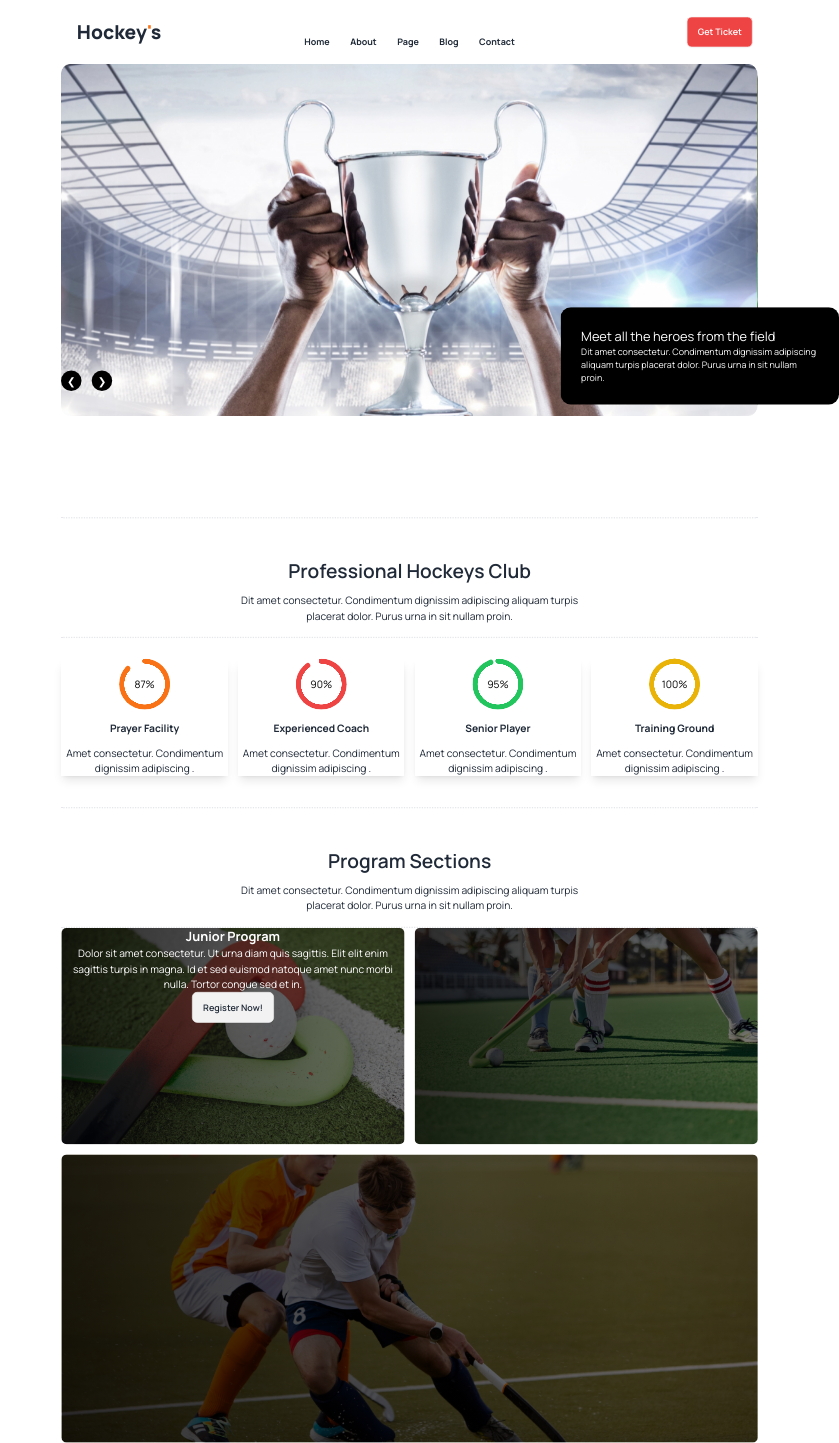
Repository: RudrasahaDibos/Hockey-
Page: index.html
The author's editor kept a copy of each file at every save. The page is drawn from the files as they stood at one save, then again after the next save.
The browser window is 1280 px wide. The page is 1311 px wide, so the pictures cover 1311 px, including what lies to the right of the window. The pictures show the whole page, at 64% of full size.
Some web libraries are served in a nearby version.

Above is the page before, as saved 2024-10-23 22:35:59.

### index.html
<!DOCTYPE html>
<html lang="en">
<head>
    <meta charset="UTF-8">
    <meta name="viewport" content="width=device-width, initial-scale=1.0">
    <title>Hockeys</title>
    <!-- Tailwinds css -->
    <link href="https://cdn.jsdelivr.net/npm/daisyui@4.12.13/dist/full.min.css" rel="stylesheet" type="text/css" />
    <script src="https://cdn.tailwindcss.com"></script>
    <!-- Font asome -->
    <link rel="stylesheet" href="https://cdnjs.cloudflare.com/ajax/libs/font-awesome/6.6.0/css/all.min.css" integrity="sha512-Kc323vGBEqzTmouAECnVceyQqyqdsSiqLQISBL29aUW4U/M7pSPA/gEUZQqv1cwx4OnYxTxve5UMg5GT6L4JJg==" crossorigin="anonymous" referrerpolicy="no-referrer" />
   <!-- tailwind custom css -->
   <script>
    tailwind.config = {
      theme: {
        extend: {
          colors: {
            clifford: '#da373d',
          }
        }
      }
    }
  </script>
  <!-- google Font  -->
  <link rel="preconnect" href="https://fonts.googleapis.com">
  <link rel="preconnect" href="https://fonts.gstatic.com" crossorigin>
  <link href="https://fonts.googleapis.com/css2?family=Manrope:wght@200..800&display=swap" rel="stylesheet">

  <style>
.manrope {
  font-family: "Manrope", serif;
}
  </style>

</head>
<body class="manrope">
    <!-- header section start here -->
       <header class="container mx-auto lg:px-24 px-8">
                 <!-- navber start here -->
                     <nav>
                        <div class="navbar bg-base-100">
                            <div class="navbar-start">
                              <div class="dropdown">
                                <div tabindex="0" role="button" class="  lg:hidden">
                                  <svg
                                    xmlns="http://www.w3.org/2000/svg"
                                    class="h-5 w-5"
                                    fill="none"
                                    viewBox="0 0 24 24"
                                    stroke="currentColor">
                                    <path
                                      stroke-linecap="round"
                                      stroke-linejoin="round"
                                      stroke-width="2"
                                      d="M4 6h16M4 12h8m-8 6h16" />
                                  </svg>
                                </div>
                                <ul
                                  tabindex="0"
                                  class="menu menu-sm dropdown-content bg-base-100 rounded-box z-[1] mt-3 w-52 p-2 shadow">

                                    <li><a>Home</a></li>
                                    <li><a>About</a></li>
                                    <li><a>Page</a></li>
                                    <li><a>Blog</a></li>
                                    <li><a>Contact</a></li>

                                </ul>
                              </div>

                              <a class=" ml-4  text-2xl lg:text-3xl font-extrabold ">Hockey<span class="text-orange-500">'</span>s</a>

                            </div>
                            <div class="navbar-center hidden lg:flex">
                              <ul class="menu menu-horizontal px-1 mt-8">
                                <li class="hover:text-orange-500 font-bold"><a>Home</a></li>
                                <li  class="hover:text-orange-500 font-bold"><a>About</a></li>
                                <li  class="hover:text-orange-500 font-bold"><a>Page</a></li>
                                <li  class="hover:text-orange-500 font-bold"><a>Blog</a></li>
                                <li  class="hover:text-orange-500 font-bold"><a>Contact</a></li>
                              </ul>
                            </div>
                            <div class="navbar-end  lg:ml-0 ml-20">

                              <a class="btn bg-red-500 text-white  ">Get Ticket</a>
                            </div>
                          </div>
                     </nav>
                 <!-- navber end here -->

                  <!-- banner start here -->
                     <div>
                      <div class="carousel w-full">
                        <div id="slide1" class="carousel-item relative w-full ">
                          <img
                            src="Images/1.png"
                            class="w-full lg:h-[550px] " />
                          <div class="absolute lg:left-0 lg:right-0 lg:top-[90%] left-[90px] top-[80%] flex -translate-y-1/2 transform gap-4">
                            <div class=" h-8 w-8 rounded-full bg-black text-white flex justify-center items-center ">
                              <a href="#slide4" class="lg:btn lg:btn-circle">❮</a>
                            </div>
                            <div class="h-8 w-8 rounded-full bg-black text-white flex justify-center items-center">
                              <a href="#slide2" class="lg:btn lg:btn-circle ">❯</a>
                            </div>
                          </div>
                        </div>
                        <div id="slide2" class="carousel-item relative w-full">
                          <img
                            src="Images/2.png"
                            class="w-full lg:h-[550px]" />
                            <div class="absolute lg:left-0 lg:right-0 lg:top-[90%] left-[90px] top-[80%] flex -translate-y-1/2 transform gap-4">
                              <div class=" h-8 w-8 rounded-full bg-black text-white flex justify-center items-center ">
                                <a href="#slide1" class="lg:btn lg:btn-circle">❮</a>
                              </div>
                              <div class="h-8 w-8 rounded-full bg-black text-white flex justify-center items-center">
                                <a href="#slide3" class="lg:btn lg:btn-circle ">❯</a>
                              </div>
                            </div>
                        </div>
                        <div id="slide3" class="carousel-item relative w-full">
                          <img
                            src="Images/3.png"
                            class="w-full lg:h-[550px]" />
                            <div class="absolute lg:left-0 lg:right-0 lg:top-[90%] left-[90px] top-[80%] flex -translate-y-1/2 transform gap-4">
                              <div class=" h-8 w-8 rounded-full bg-black text-white flex justify-center items-center ">
                                <a href="#slide2" class="lg:btn lg:btn-circle">❮</a>
                              </div>
                              <div class="h-8 w-8 rounded-full bg-black text-white flex justify-center items-center">
                                <a href="#slide4" class="lg:btn lg:btn-circle ">❯</a>
                              </div>
                            </div>
                        </div>
                        <div id="slide4" class="carousel-item relative w-full">
                          <img
                            src="Images/4.png"
                            class="w-full lg:h-[550px]" />
                            <div class="absolute lg:left-0 lg:right-0 lg:top-[90%] left-[90px] top-[80%] flex -translate-y-1/2 transform gap-4">
                              <div class=" h-8 w-8 rounded-full bg-black text-white flex justify-center items-center ">
                                <a href="#slide3" class="lg:btn lg:btn-circle">❮</a>
                              </div>
                              <div class="h-8 w-8 rounded-full bg-black text-white flex justify-center items-center">
                                <a href="#slide1" class="lg:btn lg:btn-circle ">❯</a>
                              </div>
                            </div>
                        </div>
                      </div>

                        <!-- meet all hero  -->
                        <div class=" card bg-black  p-2 lg:p-8  lg:w-2/5 lg:-translate-y-44 lg:left-[780px]">
                          <div class="">
                            <h2 class="lg:text-xl bold text-white">Meet all the heroes from the field</h2>
                            <p class="text-sm text-white">Dit amet consectetur. Condimentum dignissim adipiscing aliquam   turpis placerat dolor. Purus urna in sit nullam proin. </p>

                          </div>
                        </div>
                      <!-- meet hero ebds -->


                     </div>


                   <!-- banner end here -->
       </header>
       <!-- Header section End here -->

       <!-- Main secetion start here  -->
        <main>
                      <!-- Professional Hockeys Club start here -->
                         <section class=" container mx-auto lg:px-24 px-8 lg:mt-0  mt-5  ">
                                 <div class="text-center space-y-4 border-dotted border-t-2 border-b-2  border-separate h-[189px] lg:pt-16">
                                     <h1 class=" text-xl lg:text-3xl font-semibold">Professional Hockeys Club</h1>
                                     <p class="lg:w-[50%] lg:mx-auto">Dit amet consectetur. Condimentum dignissim adipiscing aliquam turpis placerat dolor. Purus urna in sit nullam proin. </p>
                                 </div>
                                  <div class="mt-8">
                                        <div class="grid grid-cols-1 md:gird-cols-2 lg:grid-cols-4 gap-4 ">
                                                <div class=" h-50 shadow-lg space-y-4 flex flex-col justify-center items-center">
                                                  <div class="radial-progress text-orange-500  " style="--value:87;" role="progressbar"><span class="text-black"> 87%</span></div>
                                                    <h3 class="font-bold">Prayer Facility</h3>
                                                    <p class="text-center">Amet consectetur. Condimentum dignissim adipiscing .</p>
                                                </div>
                                                <div class=" h-50 shadow-lg space-y-4 flex flex-col justify-center items-center">
                                                  <div class="radial-progress text-red-500  " style="--value:90;" role="progressbar"><span class="text-black"> 90%</span></div>
                                                    <h3 class="font-bold">Experienced Coach</h3>
                                                    <p class="text-center">Amet consectetur. Condimentum dignissim adipiscing .</p>
                                                </div>
                                                <div class=" h-50  shadow-lg space-y-4 flex flex-col justify-center items-center">
                                                  <div class="radial-progress text-green-500  " style="--value:95;" role="progressbar"><span class="text-black"> 95%</span></div>
                                                    <h3 class="font-bold">Senior Player</h3>
                                                    <p class="text-center">Amet consectetur. Condimentum dignissim adipiscing .</p>
                                                </div>
                                                <div class=" h-50 shadow-lg space-y-4 flex flex-col justify-center items-center">
                                                  <div class="radial-progress text-yellow-500  " style="--value:100;" role="progressbar"><span class="text-black"> 100%</span></div>
                                                    <h3 class="font-bold">Training Ground</h3>
                                                    <p class="text-center">Amet consectetur. Condimentum dignissim adipiscing .</p>
                                                </div>
                                        </div>
                                  </div>

                         </section>
                       <!-- Professional Hockeys Club end here -->


                       <!-- Program Sections start here -->
                            <section class="container mx-auto lg:px-24 px-8 mt-12 ">
                              <div class="text-center space-y-4 border-dotted border-t-2 border-b-2  border-separate h-[189px] lg:pt-16">
                                <h1 class=" text-xl lg:text-3xl font-semibold">Program Sections</h1>
                                <p class="lg:w-[50%] lg:mx-auto">Dit amet consectetur. Condimentum dignissim adipiscing aliquam turpis placerat dolor. Purus urna in sit nullam proin. </p>
                            </div>
                               <div>
                                <div class="grid  grid-cols-1 lg:grid-cols-2 gap-4">

                                  <div class=" relative bg-no-repeat rounded-lg  bg-center bg-cover  w-full bg-[linear-gradient(90deg,rgb(0,0,0,0.8),rgb(0,0,0,0.5)),url(./images/2.png)] h-[338px]">

                                   <div class="text-center">
                                    <h2 class="text-white text-xl font-bold">Junior Program</h2>
                                    <p class="text-white">Dolor sit amet consectetur. Ut urna diam quis sagittis. Elit elit
                                      enim sagittis turpis in magna. Id et sed euismod natoque amet nunc morbi nulla. Tortor congue sed et in.</p>
                                     <button class="btn ">Register Now!</button>
                                   </div>
                                 </div>

                                  <div class="relative  bg-no-repeat rounded-lg  bg-center bg-cover  w-full bg-[linear-gradient(90deg,rgb(0,0,0,0.8),rgb(0,0,0,0.5)),url(./images/3.png)]  h-[338px]">

                                  </div>
                                  <div class=" lg:col-span-2 relative  rounded-lg  bg-center bg-cover w-full bg-[linear-gradient(90deg,rgb(0,0,0,0.8),rgb(0,0,0,0.5)),url(./images/4.png)] h-[450px]">

                                  </div>
                                </div>
                               </div>
                            </section>

                       <!-- Program Sections end here -->
        </main>
        <!-- main section end here -->

</body>
</html>

After the next save:
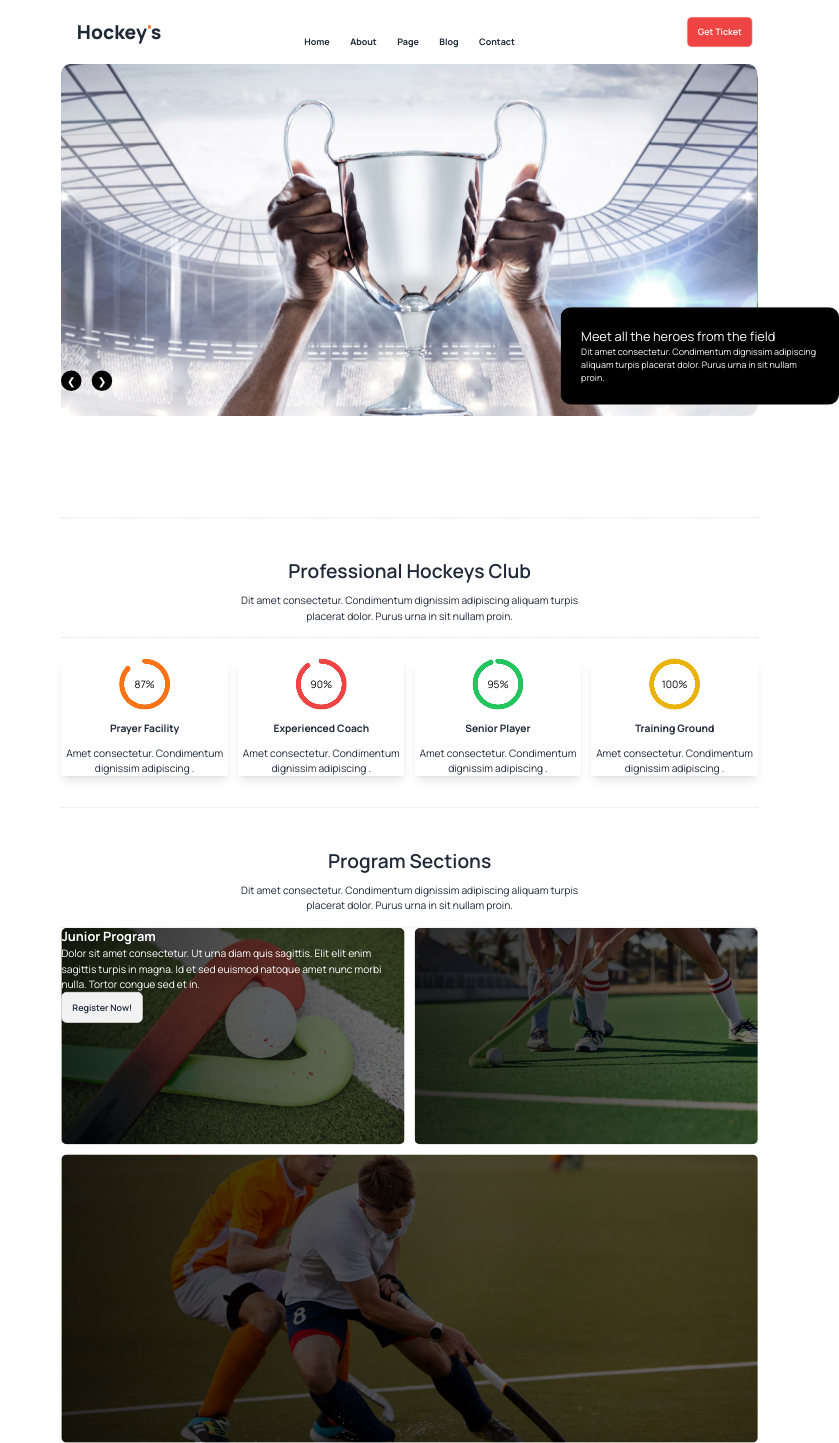
Saved 9 s later.
--- a/index.html
+++ b/index.html
@@ -211,7 +211,7 @@
 
                                   <div class=" relative bg-no-repeat rounded-lg  bg-center bg-cover  w-full bg-[linear-gradient(90deg,rgb(0,0,0,0.8),rgb(0,0,0,0.5)),url(./images/2.png)] h-[338px]">
 
-                                   <div class="text-center">
+                                   <div class="text-start">
                                     <h2 class="text-white text-xl font-bold">Junior Program</h2>
                                     <p class="text-white">Dolor sit amet consectetur. Ut urna diam quis sagittis. Elit elit
                                       enim sagittis turpis in magna. Id et sed euismod natoque amet nunc morbi nulla. Tortor congue sed et in.</p>
